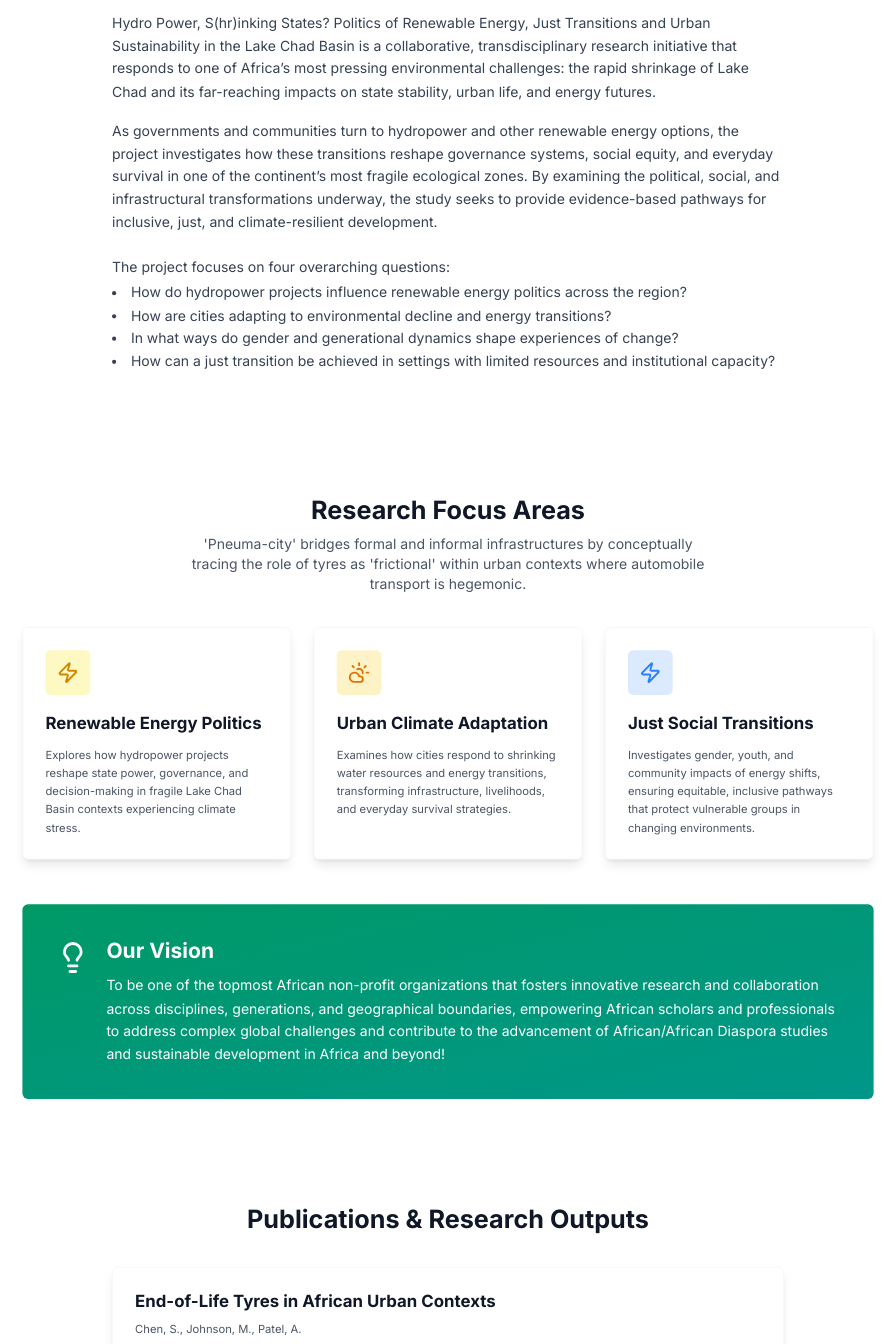
Repository: tiossdav/codesria
Page: /
These files come from the project's save history. The page is drawn as it stood at one moment and after the next save; the edit follows.
The browser window is 1280 px wide. The pictures show the part of the page from y = 927 to 2847 px (the page is 5119 px tall), at 70% of full size.
The project was rebuilt for these pictures with package versions that can differ from the ones it lists, and the page was loaded fresh each time. Also part of the build but not shown: vite.config.ts.

Above is the page before, as saved 2025-11-19 20:23:59.

### index.html
<!DOCTYPE html>
<html lang="en">
  <head>
    <meta charset="UTF-8" />
    <link rel="icon" type="image/svg+xml" href="/vite.svg" />
    <link href="/src/App.css" rel="stylesheet" />
    <link rel="preconnect" href="https://fonts.googleapis.com" />
    <link rel="preconnect" href="https://fonts.gstatic.com" crossorigin />
    <link
      href="https://fonts.googleapis.com/css2?family=Caveat:wght@400..700&family=Inter:ital,opsz,wght@0,14..32,100..900;1,14..32,100..900&family=Lobster&family=Raleway:ital,wght@0,100..900;1,100..900&display=swap"
      rel="stylesheet"
    />
    <meta name="viewport" content="width=device-width, initial-scale=1.0" />
    <title>codesria</title>
  </head>
  <body>
    <div id="root"></div>
    <script type="module" src="/src/main.tsx"></script>
  </body>
</html>

### src/App.css
@import "tailwindcss";

@theme {
  --font-inter: "Inter", sans-serif;
  --font-caveat: "Caveat", cursive;
  --font-lobster: "Lobster", cursive;
  --font-raleway: "Raleway", sans-serif;
}

### src/App.tsx
import { Route, Switch } from "wouter";
import Header from "./components/layout/Header";
import Footer from "./components/layout/Footer";
import Home from "./pages/Home";
import About from "./pages/About";
import Research from "./pages/Research";
import Team from "./pages/Team";
import Publications from "./pages/Publications";
import Contact from "./pages/Contact";

export default function App() {
  return (
    <div className="min-h-screen bg-white flex flex-col">
      <Header />

      <div className="flex-1">
        <Switch>
          <Route path="/" component={Home} />
          <Route path="/obj" component={About} />
          <Route path="/research" component={Research} />
          <Route path="/team" component={Team} />
          <Route path="/publications" component={Publications} />
          <Route path="/contact" component={Contact} />

          {/* 404 Route */}
          <Route>
            <div className="min-h-screen flex items-center justify-center">
              <div className="text-center">
                <h1 className="text-4xl font-bold text-gray-900 mb-4">404</h1>
                <p className="text-gray-600">Page not found</p>
              </div>
            </div>
          </Route>
        </Switch>
      </div>

      <Footer />
    </div>
  );
}

### src/components/layout/Header.tsx
import { useState } from "react";
import { Link, useLocation } from "wouter";
import { Menu, X } from "lucide-react";

type NavLink = {
  title: string;
  href: string;
};

const navlinks: NavLink[] = [
  { title: "Home", href: "/" },
  { title: "Aim & Objectives", href: "/obj" },
  { title: "Research", href: "/research" },
  { title: "Team", href: "/team" },
  { title: "Publications", href: "/publications" },
  { title: "Contact", href: "/contact" },
];

export default function Header() {
  const [location] = useLocation();
  const [open, setOpen] = useState(false);

  return (
    <nav className="bg-white shadow-sm fixed w-full top-0 z-50 border-b border-gray-200">
      <div className="max-w-7xl mx-auto px-4 sm:px-6 lg:px-4">
        <div className="flex justify-between items-center h-20">
          {/* Logo */}
          <Link href="/">
            <span className="font-caveat text-3xl text-gray-900 font-bold cursor-pointer">
              JustEnergyAfrica
            </span>
          </Link>

          {/* Desktop Menu */}
          <div className="hidden md:flex items-center font-inter space-x-8">
            {navlinks.map((nav, index) => (
              <Link
                key={index}
                href={nav.href}
                className={`text-[16px] font-medium transition-colors ${
                  location === nav.href
                    ? "text-slate-900"
                    : "text-slate-600 hover:text-slate-900"
                }`}
              >
                {nav.title}
              </Link>
            ))}
          </div>

          {/* Mobile Menu Button */}
          <button
            className="md:hidden p-2 rounded-md focus:outline-none"
            onClick={() => setOpen(!open)}
          >
            {open ? <X className="w-6 h-6" /> : <Menu className="w-6 h-6" />}
          </button>
        </div>
      </div>

      {/* Mobile Dropdown */}
      {open && (
        <div className="md:hidden bg-white border-t border-gray-200 shadow-sm font-inter">
          <ul className="flex flex-col p-4 space-y-4">
            {navlinks.map((nav, index) => (
              <Link
                key={index}
                href={nav.href}
                onClick={() => setOpen(false)}
                className={`text-[16px] font-medium ${
                  location === nav.href
                    ? "text-slate-900"
                    : "text-slate-600 hover:text-slate-900"
                }`}
              >
                {nav.title}
              </Link>
            ))}
          </ul>
        </div>
      )}
    </nav>
  );
}

### src/components/layout/Footer.tsx
function Footer() {
  return (
    <footer className="bg-gray-900 text-white py-12 mt-20">
      <div className="max-w-7xl mx-auto px-4 sm:px-6 lg:px-8">
        <div className="text-center mb-6">
          <p className="text-gray-300 mb-2">Funded by the British Academy</p>
          <p className="text-gray-400 text-sm">
            Part of the GCRF 'Urban Infrastructures of Well-Being' research
            programme
          </p>
        </div>
        <div className="text-center pt-6 border-t border-gray-700">
          <p className="text-gray-400">
            © 2024 Pneuma-City Research Project. All rights reserved.
          </p>
        </div>
      </div>
    </footer>
  );
}

export default Footer;

### src/pages/Home.tsx
import { useLocation } from "wouter";
import power from "../assets/power.jpg";
import About from "./About";
import Research from "./Research";
import Publications from "./Publications";
import Team from "./Team";
import Contact from "./Contact";

export default function Home() {
  const [, setLocation] = useLocation();

  return (
    <>
      {/* Hero Section */}
      <div className="relative h-screen mt-20 font-inter">
        <div className="absolute inset-0">
          <img
            src={power}
            alt="Urban African street"
            className="w-full h-full object-cover"
          />
          <div className="absolute inset-0 bg-black opacity-50"></div>
        </div>

        <div className="relative h-full flex items-center px-4">
          <div className="max-w-7xl mx-auto w-full">
            <div className="max-w-3xl">
              <h1 className="text-4xl md:text-5xl font-bold text-white mb-6 leading-tight">
                Hydro-Power S(hr)inking State: Renewable energy in Lake Chad
              </h1>
              <p className="text-xl md:text-2xl text-gray-100 mb-8 leading-relaxed">
                This research explores Lake Chad’s environmental crisis,
                analyzing hydropower, urban adaptation, gender equity, and just
                transition through comparative, mixed-method studies across Chad
                and Nigeria to inform inclusive, sustainable governance and
                development.
              </p>
              <div className="flex flex-col sm:flex-row gap-4">
                <button
                  onClick={() => setLocation("/obj")}
                  className="bg-emerald-600 hover:bg-emerald-700 text-white px-8 py-4 rounded-md font-semibold text-lg transition-colors"
                >
                  Learn More
                </button>
                <button
                  onClick={() => setLocation("/research")}
                  className="bg-white/10 backdrop-blur-sm hover:bg-white/20 border-2 border-white text-white px-8 py-4 rounded-md font-semibold text-lg transition-all"
                >
                  Our Research
                </button>
              </div>
            </div>
          </div>
        </div>
      </div>

      {/* All Sections Below Hero */}
      <About />
      <Research />
      <Publications />
      <Team />
      <Contact />
    </>
  );
}

### src/pages/About.tsx
function About() {
  return (
    <div className="max-w-5xl mx-auto mt-8 px-4 sm:px-6 lg:px-8 py-10 font-inter">
      <h2 className="text-4xl font-bold text-gray-900 mb-8">About</h2>
      <div className="prose prose-lg max-w-none">
        <p className="text-xl text-gray-700 leading-relaxed mb-6">
          Hydro Power, S(hr)inking States? Politics of Renewable Energy, Just
          Transitions and Urban Sustainability in the Lake Chad Basin is a
          collaborative, transdisciplinary research initiative that responds to
          one of Africa’s most pressing environmental challenges: the rapid
          shrinkage of Lake Chad and its far-reaching impacts on state
          stability, urban life, and energy futures.
        </p>
        <p className="text-xl text-gray-700 leading-relaxed mb-8">
          As governments and communities turn to hydropower and other renewable
          energy options, the project investigates how these transitions reshape
          governance systems, social equity, and everyday survival in one of the
          continent’s most fragile ecological zones. By examining the political,
          social, and infrastructural transformations underway, the study seeks
          to provide evidence-based pathways for inclusive, just, and
          climate-resilient development.
        </p>
        <p className="text-xl text-gray-700 leading-relaxed mb-1">
          The project focuses on four overarching questions:
        </p>
        <ul className="list-disc list-inside mb-6 text-xl text-gray-700 leading-relaxed ">
          <li>
            How do hydropower projects influence renewable energy politics
            across the region?
          </li>
          <li>
            How are cities adapting to environmental decline and energy
            transitions?
          </li>
          <li>
            In what ways do gender and generational dynamics shape experiences
            of change?
          </li>
          <li>
            How can a just transition be achieved in settings with limited
            resources and institutional capacity?
          </li>
        </ul>

        {/* <div className="bg-emerald-50 border-l-4 border-emerald-600 p-6 my-8">
          <p className="text-gray-800 italic">
            This project is funded by the British Academy and is part of the
            wider GCRF 'Urban Infrastructures of Well-Being' research programme.
          </p>
        </div> */}
      </div>
    </div>
  );
}

export default About;

### src/pages/Research.tsx
import { CloudSun, Globe, Lightbulb, Recycle, Users, Zap } from "lucide-react";

function Research() {
  return (
    <div className="max-w-7xl mx-auto mt-8 px-4 sm:px-6 lg:px-8 py-20 font-inter">
      <h2 className="text-4xl font-bold text-gray-900 mb-4 text-center">
        Research Focus Areas
      </h2>
      <p className="text-xl text-gray-600 mb-12 text-center max-w-3xl mx-auto">
        'Pneuma-city' bridges formal and informal infrastructures by
        conceptually tracing the role of tyres as 'frictional' within urban
        contexts where automobile transport is hegemonic.
      </p>

      <div className="grid md:grid-cols-3 gap-8 mb-16">
        <div className="bg-white p-8 rounded-lg shadow-lg border border-gray-100 hover:shadow-xl transition-shadow">
          <div className="bg-yellow-100 w-16 h-16 rounded-lg flex items-center justify-center mb-6">
            <Zap className="h-8 w-8 text-yellow-600" />
          </div>
          <h3 className="text-2xl font-bold text-gray-900 mb-4">
            Renewable Energy Politics
          </h3>
          <p className="text-gray-600 leading-relaxed">
            Explores how hydropower projects reshape state power, governance,
            and decision-making in fragile Lake Chad Basin contexts experiencing
            climate stress.
          </p>
        </div>

        <div className="bg-white p-8 rounded-lg shadow-lg border border-gray-100 hover:shadow-xl transition-shadow">
          <div className="bg-amber-100 w-16 h-16 rounded-lg flex items-center justify-center mb-6">
            <CloudSun className="h-8 w-8 text-amber-600" />
          </div>
          <h3 className="text-2xl font-bold text-gray-900 mb-4">
            Urban Climate Adaptation
          </h3>
          <p className="text-gray-600 leading-relaxed">
            Examines how cities respond to shrinking water resources and energy
            transitions, transforming infrastructure, livelihoods, and everyday
            survival strategies.
          </p>
        </div>

        <div className="bg-white p-8 rounded-lg shadow-lg border border-gray-100 hover:shadow-xl transition-shadow">
          <div className="bg-blue-100 w-16 h-16 rounded-lg flex items-center justify-center mb-6">
            <Zap className="h-8 w-8 text-blue-500" />
          </div>
          <h3 className="text-2xl font-bold text-gray-900 mb-4">
            Just Social Transitions
          </h3>
          <p className="text-gray-600 leading-relaxed">
            Investigates gender, youth, and community impacts of energy shifts,
            ensuring equitable, inclusive pathways that protect vulnerable
            groups in changing environments.
          </p>
        </div>
      </div>

      <div className="bg-linear-to-br from-emerald-600 to-teal-600 rounded-lg p-12 text-white">
        <div className="flex items-start">
          <Lightbulb className="h-12 w-12 mr-6 shrink-0 mt-1" />
          <div>
            <h3 className="text-3xl font-bold mb-4">Our Vision</h3>
            <p className="text-xl leading-relaxed">
              To be one of the topmost African non-profit organizations that
              fosters innovative research and collaboration across disciplines,
              generations, and geographical boundaries, empowering African
              scholars and professionals to address complex global challenges
              and contribute to the advancement of African/African Diaspora
              studies and sustainable development in Africa and beyond!
            </p>
          </div>
        </div>
      </div>
    </div>
  );
}

export default Research;

### src/pages/Team.tsx
const teamMembers = [
  {
    name: "Dr. Sarah Chen",
    role: "Principal Investigator",
    image:
      "https://images.unsplash.com/photo-1573496359142-b8d87734a5a2?w=400&h=400&fit=crop",
    bio: "Expert in sustainable urban development and environmental engineering",
  },
  {
    name: "Dr. Marcus Johnson",
    role: "Co-Investigator",
    image:
      "https://images.unsplash.com/photo-1560250097-0b93528c311a?w=400&h=400&fit=crop",
    bio: "Specializes in social sciences and informal economies research",
  },
  {
    name: "Dr. Aisha Patel",
    role: "Research Fellow",
    image:
      "https://images.unsplash.com/photo-1580489944761-15a19d654956?w=400&h=400&fit=crop",
    bio: "Focus on gender studies and urban livelihoods",
  },
  {
    name: "Alex Rivera",
    role: "Research Assistant",
    image:
      "https://images.unsplash.com/photo-1519345182560-3f2917c472ef?w=400&h=400&fit=crop",
    bio: "Researching circular economy models and waste management systems",
  },
];

function Team() {
  return (
    <div className="max-w-7xl mx-auto mt-8 px-4 sm:px-6 lg:px-8 py-10 font-inter">
      <h2 className="text-4xl font-bold text-gray-900 mb-4 text-center">
        Meet Our Team
      </h2>
      {/* <p className="text-xl text-gray-600 mb-12 text-center max-w-3xl mx-auto">
        Our interdisciplinary team combines expertise from engineering, social
        sciences, gender studies, and environmental sustainability
      </p> */}
      <div className="grid md:grid-cols-2 lg:grid-cols-4 gap-8">
        {teamMembers.map((member, index) => (
          <div
            key={index}
            className="bg-white rounded-lg shadow-lg overflow-hidden border border-gray-100 hover:shadow-xl transition-shadow"
          >
            <img
              src={member.image}
              alt={member.name}
              className="w-full h-64 object-cover"
            />
            <div className="p-6">
              <h3 className="text-xl font-bold text-gray-900 mb-1">
                {member.name}
              </h3>
              <p className="text-emerald-600 font-semibold mb-3">
                {member.role}
              </p>
              <p className="text-gray-600 text-sm leading-relaxed">
                {member.bio}
              </p>
            </div>
          </div>
        ))}
      </div>
    </div>
  );
}

export default Team;

### src/pages/Publications.tsx
import { ExternalLink } from "lucide-react";

const publications = [
  {
    title: "End-of-Life Tyres in African Urban Contexts",
    authors: "Chen, S., Johnson, M., Patel, A.",
    journal: "Environmental Science & Policy",
    year: "2024",
    link: "#",
  },
  {
    title: "Gendered Informal Economies: Tyre Repair Work in Lagos",
    authors: "Patel, A., Johnson, M., Chen, S.",
    journal: "Urban Studies",
    year: "2024",
    link: "#",
  },
  {
    title: "Circular Economy Solutions for Urban Waste",
    authors: "Chen, S., Rivera, A.",
    journal: "Sustainability Journal",
    year: "2023",
    link: "#",
  },
];

function Publications() {
  return (
    <div className="max-w-5xl mx-auto mt-8 px-4 sm:px-6 lg:px-8 py-10 font-inter">
      <h2 className="text-4xl font-bold text-gray-900 mb-12 text-center">
        Publications & Research Outputs
      </h2>
      <div className="space-y-6">
        {publications.map((pub, index) => (
          <div
            key={index}
            className="bg-white p-8 rounded-lg shadow-lg border border-gray-100 hover:shadow-xl transition-shadow"
          >
            <h3 className="text-2xl font-bold text-gray-900 mb-3">
              {pub.title}
            </h3>
            <p className="text-gray-600 mb-2">{pub.authors}</p>
            <p className="text-emerald-600 font-semibold mb-4">
              {pub.journal} ({pub.year})
            </p>
            <a
              href={pub.link}
              className="inline-flex items-center text-emerald-600 hover:text-emerald-700 font-medium"
            >
              Read Full Paper <ExternalLink className="ml-2 h-4 w-4" />
            </a>
          </div>
        ))}
      </div>
    </div>
  );
}

export default Publications;

### src/pages/Contact.tsx
import { Mail, Target } from "lucide-react";

function Contact() {
  return (
    <div className="max-w-3xl mx-auto mt-8 px-4 sm:px-6 lg:px-8 py-10 font-inter">
      <h2 className="text-4xl font-bold text-gray-900 mb-4 text-center">
        Get Involved
      </h2>
      <p className="text-xl text-gray-600 mb-12 text-center">
        Interested in collaborating or learning more about our work? We welcome
        inquiries from researchers, practitioners, and community organizations.
      </p>
      <div className="bg-white p-10 rounded-lg shadow-lg border border-gray-100">
        <div className="space-y-8">
          <div className="flex items-start">
            <Mail className="h-6 w-6 text-emerald-600 mt-1 mr-4 shrink-0" />
            <div>
              <h3 className="font-bold text-gray-900 mb-2 text-lg">Email Us</h3>
              <p className="text-gray-600">graduateresearchclinic@gmail.com</p>
            </div>
          </div>

          <div className="flex items-start">
            <Target className="h-6 w-6 text-emerald-600 mt-1 mr-4 shrink-0" />
            <div>
              <h3 className="font-bold text-gray-900 mb-2 text-lg">
                Research Location
              </h3>
              <p className="text-gray-600">Ibadan, Nigeria.</p>
            </div>
          </div>

          <div className="pt-6 border-t border-gray-200">
            <h3 className="font-bold text-gray-900 mb-4 text-lg">
              Collaboration Opportunities
            </h3>
            <p className="text-gray-600 mb-6 leading-relaxed">
              We're open to partnerships with academic institutions, NGOs,
              government agencies, and community organizations working on
              sustainable urban development and circular economy initiatives.
            </p>
            <button className="w-full bg-emerald-600 hover:bg-emerald-700 text-white px-6 py-4 rounded-md font-semibold transition-colors">
              Send Inquiry
            </button>
          </div>
        </div>
      </div>
    </div>
  );
}

export default Contact;

Loaded but not shown: src/main.tsx (common file)

After the next save:
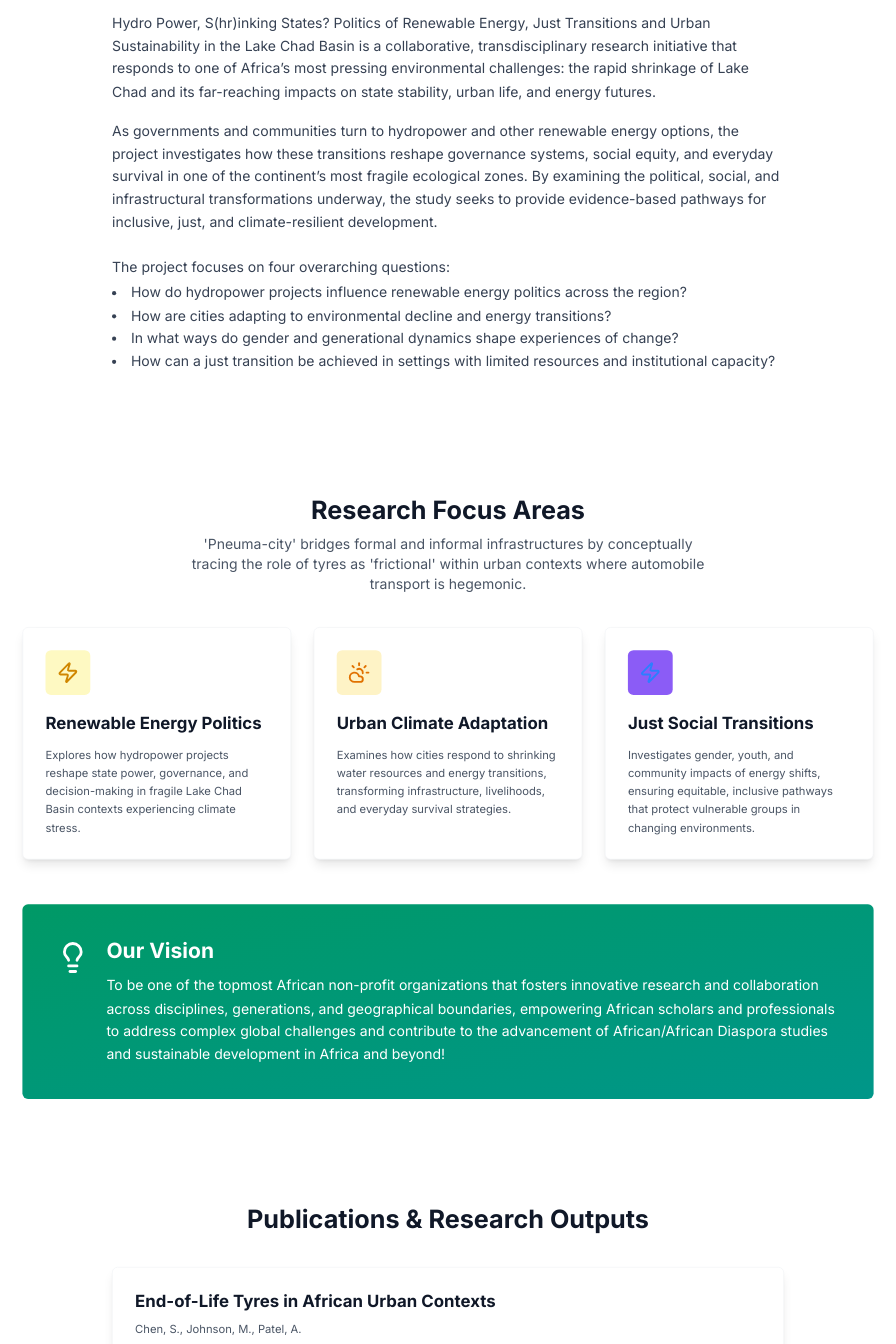
Saved 86 s later.
--- a/src/pages/Research.tsx
+++ b/src/pages/Research.tsx
@@ -42,7 +42,7 @@ function Research() {
         </div>
 
         <div className="bg-white p-8 rounded-lg shadow-lg border border-gray-100 hover:shadow-xl transition-shadow">
-          <div className="bg-blue-100 w-16 h-16 rounded-lg flex items-center justify-center mb-6">
+          <div className="bg-[#8B5CF6] w-16 h-16 rounded-lg flex items-center justify-center mb-6">
             <Zap className="h-8 w-8 text-blue-500" />
           </div>
           <h3 className="text-2xl font-bold text-gray-900 mb-4">
